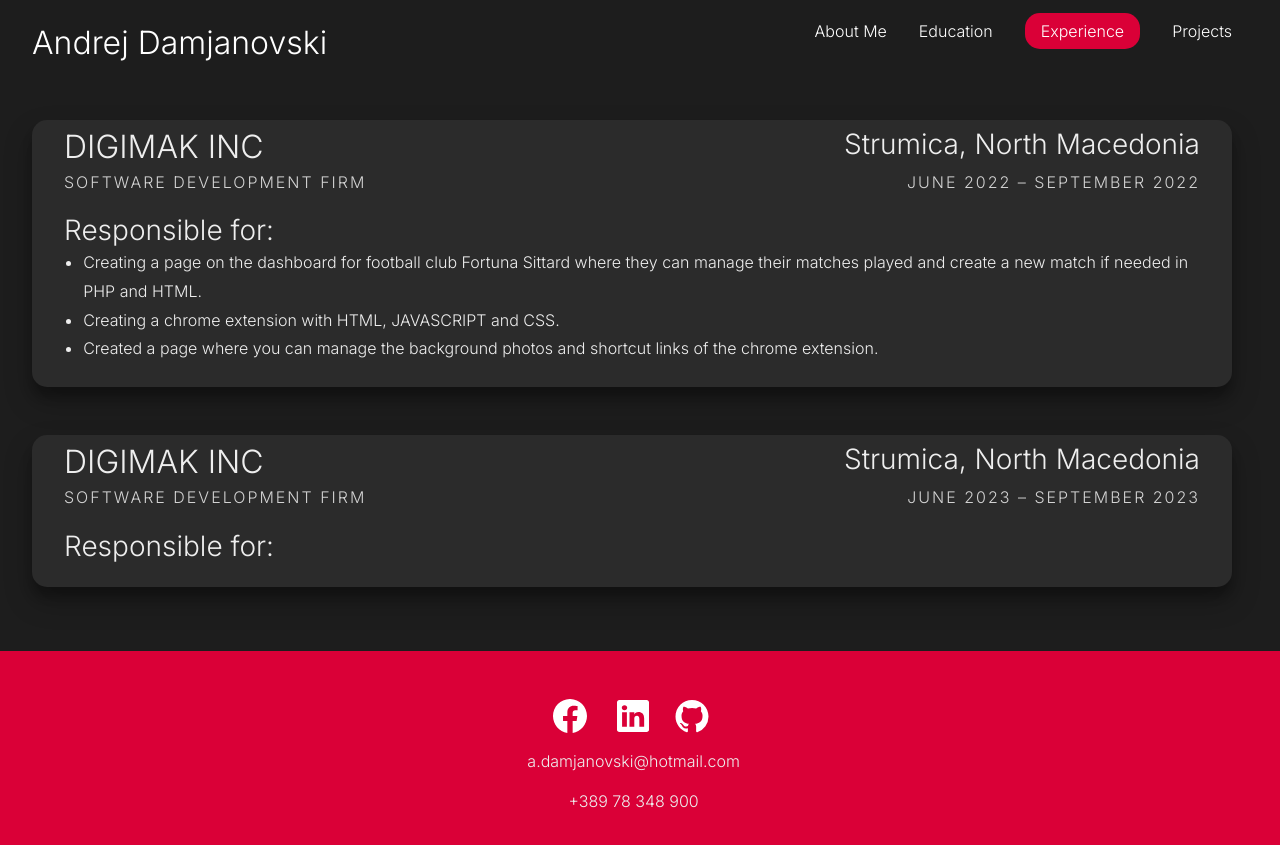
Repository: ADamjanovski/portfolio
Page: experience.html
These files come from the project's save history. The page is drawn as it stood at one moment and after the next save; the edit follows.
The browser window is 1280 px wide. The pictures show the whole page.

Above is the page before, as saved 2023-07-03 11:52:15.

After the next save:
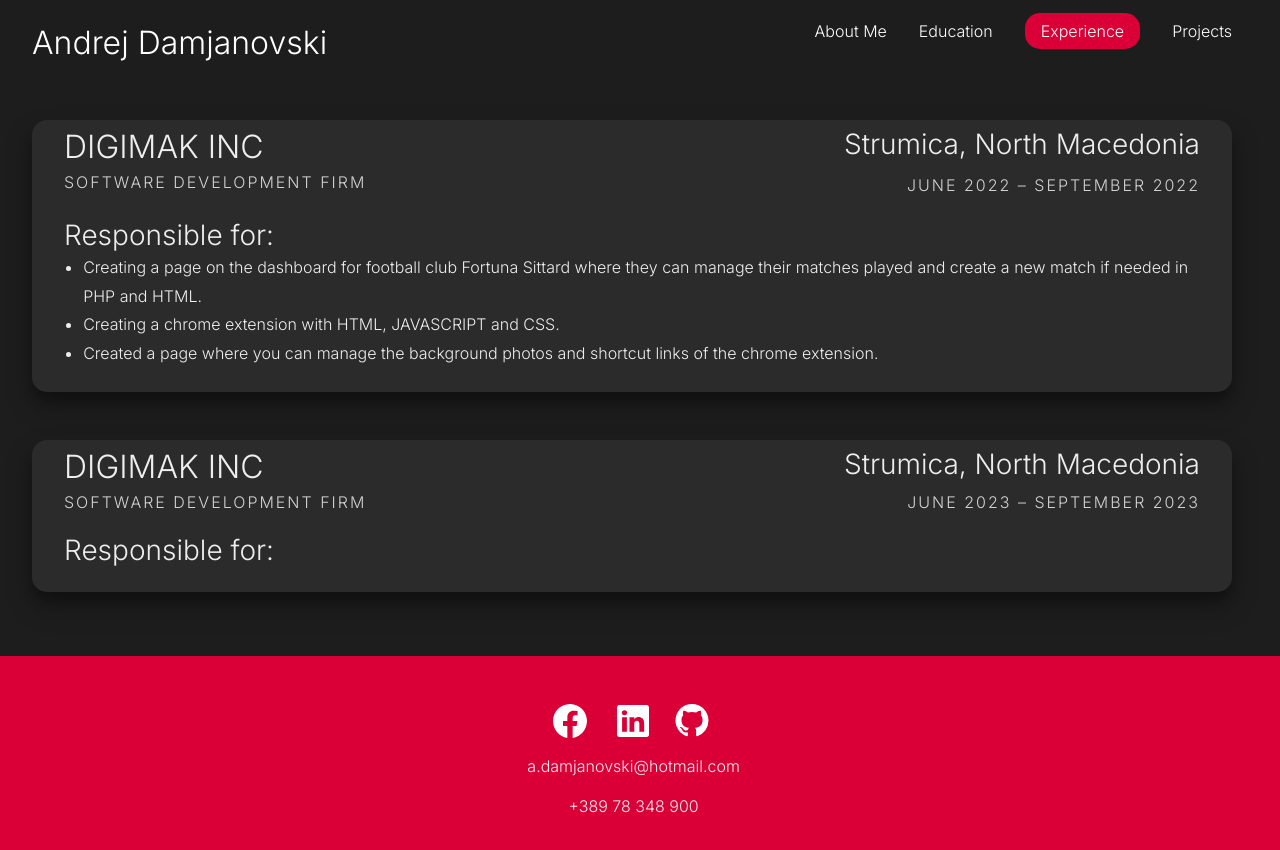
Saved 84 s later.
--- a/experience.html
+++ b/experience.html
@@ -53,7 +53,7 @@
         </div>
         <div class="role">
             <h6 class="my-role">Software Development Firm</h6>
-            <h6>June 2022 – September 2022</h6>
+            <p>June 2022 – September 2022</p>
         </div>
         <div class="responsible">
             <h3>Responsible for:</h3>

After the save that followed:
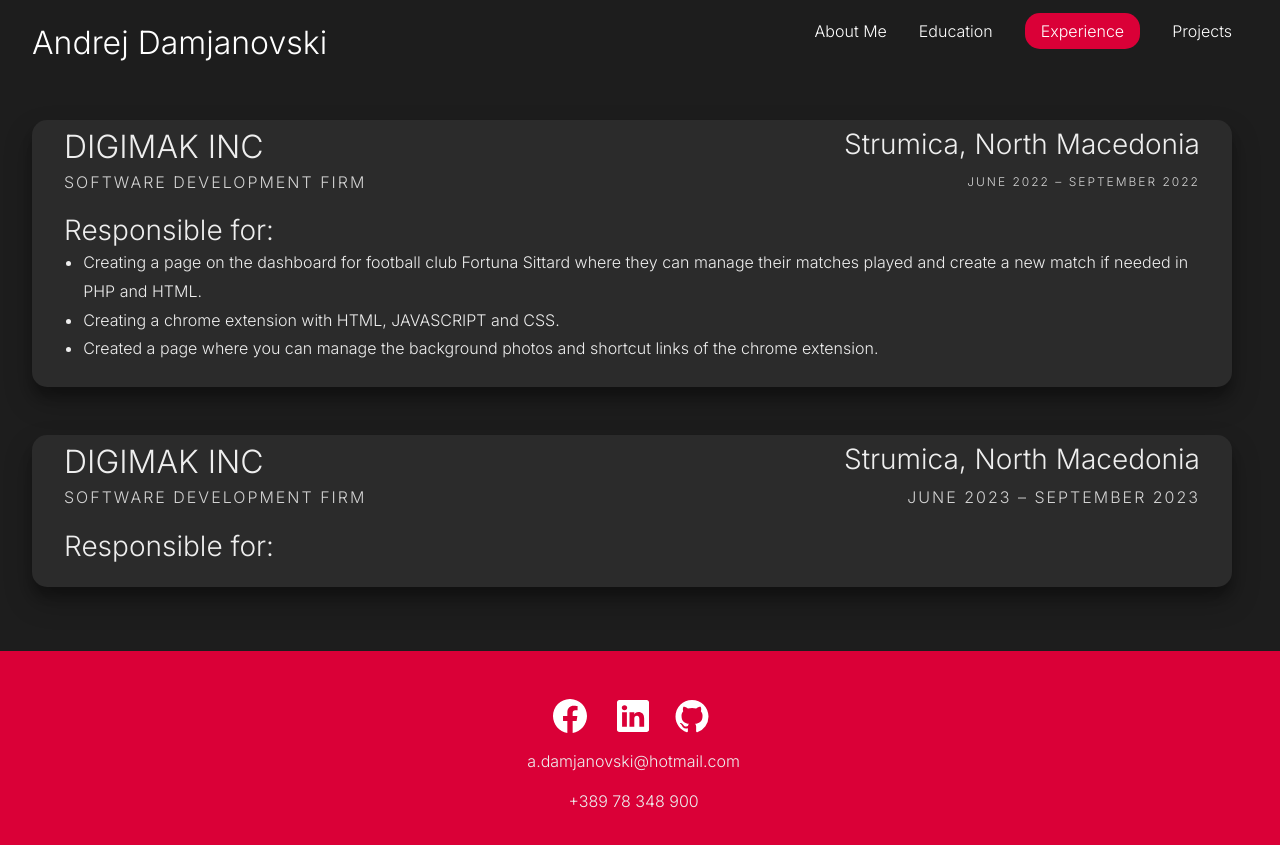
Saved 31 s later.
--- a/style.css
+++ b/style.css
@@ -136,6 +136,11 @@
     padding:0rem;
     margin:.4rem 0 0.4rem 0;
 }
+
+.role > p {
+    font-size:0.75rem;
+}
+
 .responsible{
     line-height: 1.8rem;
     margin-top: 1rem;
